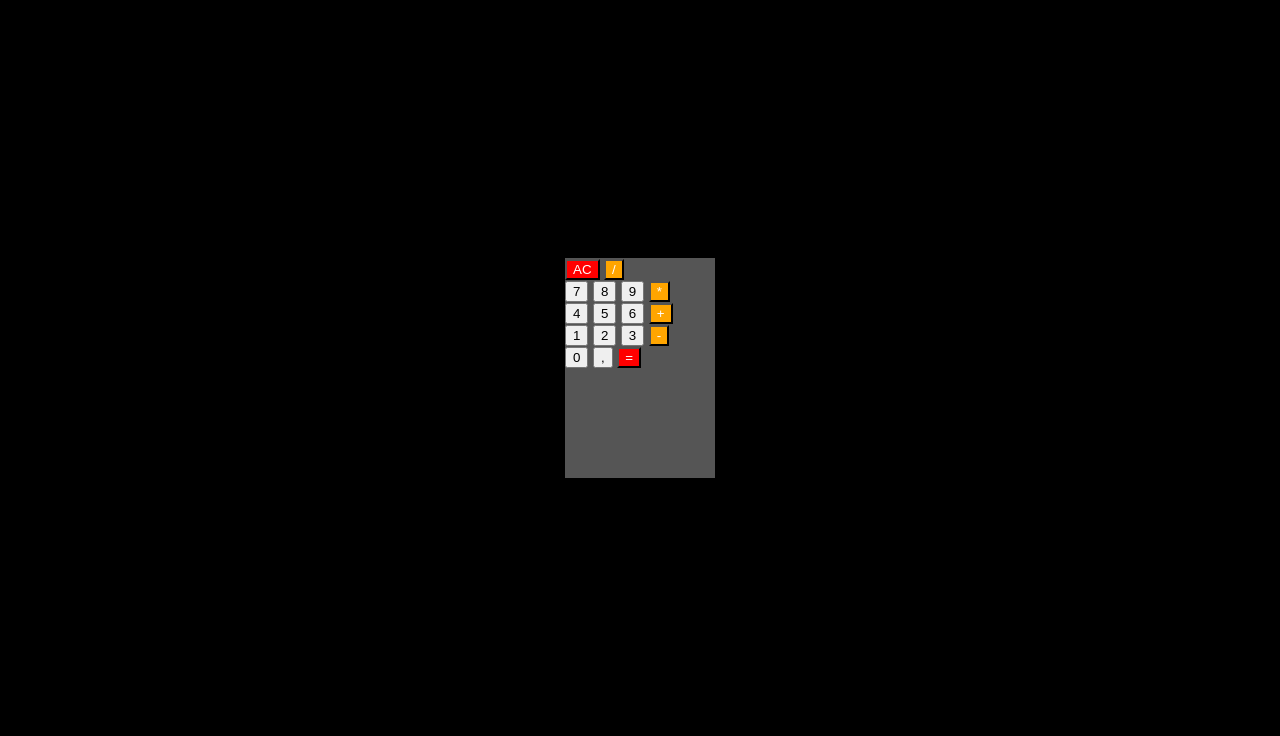
Repository: andersonxoliveira/Aplicacao_Calculadora
Page: /
An editor plug-in stored every save of this project. The page is shown before and after the next save, followed by the edit.
The browser window is 1280 px wide. The pictures show the whole page.
The project was rebuilt for these pictures with package versions that can differ from the ones it lists, and the page was loaded fresh each time. Also part of the build but not shown: svelte.config.js, vite.config.ts.

Above is the page before, as saved 2022-06-26 18:10:34.

### src/App.svelte
<script lang="ts">
import Calculadora from "./components/Calculadora.svelte";


</script>

<main>
        <Calculadora />
</main>

<style>
:global(body) {
  background-color: black;
}

  :root {
    --cor-fundo: #555 ;
    font-family: -apple-system, BlinkMacSystemFont, 'Segoe UI', Roboto, Oxygen,
      Ubuntu, Cantarell, 'Open Sans', 'Helvetica Neue', sans-serif;
  }

  main {
   display: flex;
   justify-content: center;
   align-items: center;
   height:  100vh;
  }

</style>

### src/components/Calculadora.svelte
<script lang="ts">
import Botao from "./Botao.svelte";
import Linha from "./Linha.svelte";

</script>
<div class="calculadora">
  <Linha >
    <Botao destaque triplo texto="AC"/>
    <Botao operacao texto="/"/>
</Linha>
  <Linha >
             <Botao texto="7"/>
             <Botao texto="8"/>
              <Botao texto="9"/>
              <Botao operacao texto="*"/>
      </Linha>
      <Linha >
        <Botao texto="4"/>
        <Botao texto="5"/>
         <Botao texto="6"/>
         <Botao operacao texto="+"/>
 </Linha>
 <Linha >
  <Botao texto="1"/>
  <Botao texto="2"/>
   <Botao texto="3"/>
   <Botao operacao texto="-"/>
</Linha>
<Linha >
  <Botao duplo texto="0"/>
  <Botao texto=","/>
   <Botao destaque texto="="/>
  </Linha>
</div>

<style>
      .calculadora {
        background-color: var(--cor-fundo);
        height:  220px;
        width:  150px;

        display: flex;
        flex-direction:  column;
      }
</style>

### src/components/Botao.svelte
<script lang="ts">
      export let texto: string
      export let triplo: boolean = false
      export let duplo: boolean = false
      export let operacao: boolean = false
      export let destaque: boolean = false
</script>

<button class= "botao"
class:triplo class:duplo class:operacao class:destaque>
{texto}
</button>

<style>
        .texto {
            margin:  0;
            border:  1px solid red;
              flex-basis:  25%;
        }

          .triplo {
            flex-basis:  75%;
          }

          .duplo {
            flex-basis:  50%;
          }

          .operacao {
           background-color: orange;
           color: white;
          }

          .destaque {
            background-color: red;
            color: white;
          }
</style>

### src/components/Linha.svelte
<div class="linha">
        <slot />
</div>

<style>
      .linha {
        display: felx;
      }
</style>

Loaded but not shown: index.html (common file); src/main.ts (common file)

After the next save:
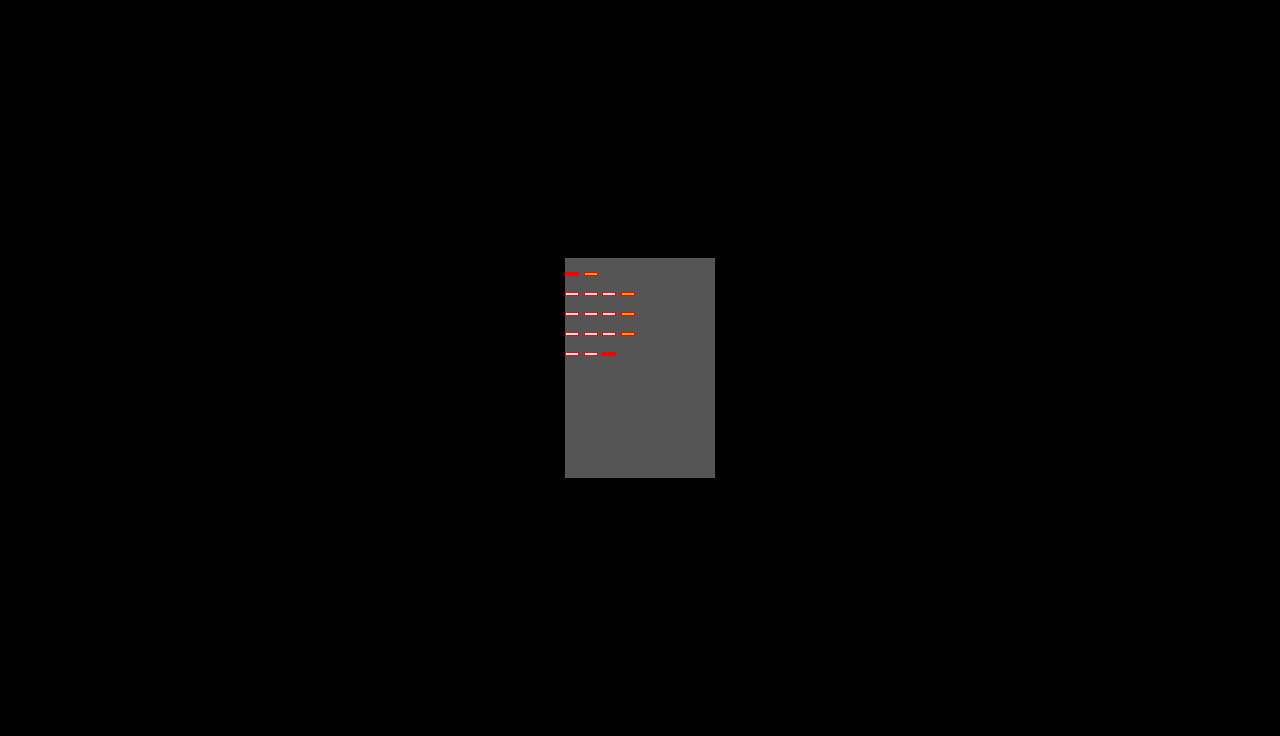
Saved 32 s later.
--- a/src/components/Botao.svelte
+++ b/src/components/Botao.svelte
@@ -8,11 +8,11 @@
 
 <button class= "botao"
 class:triplo class:duplo class:operacao class:destaque>
-{texto}
+
 </button>
 
 <style>
-        .texto {
+        .botao {
             margin:  0;
             border:  1px solid red;
               flex-basis:  25%;
